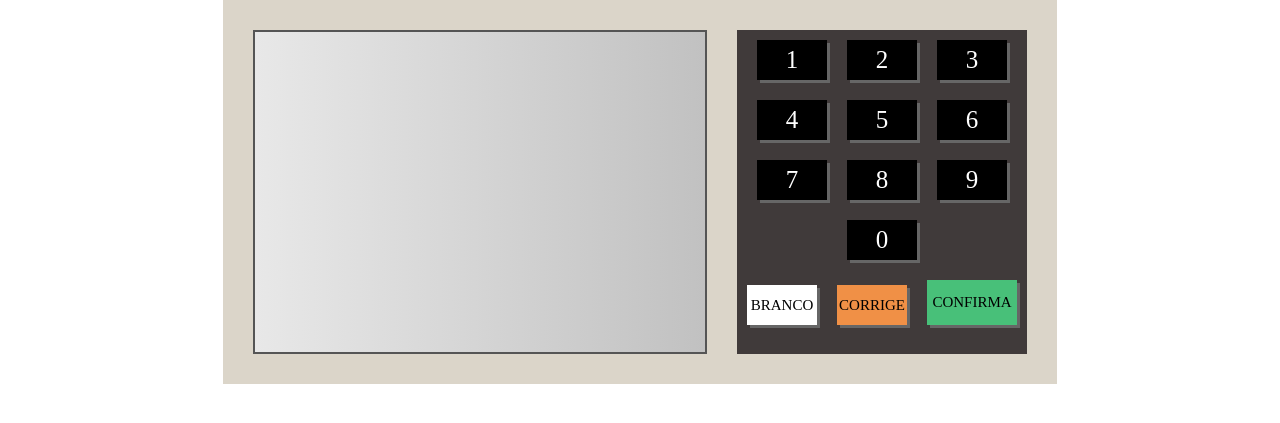
Repository: ThiagoIturra/urnaJs
Page: index.html
An editor plug-in stored every save of this project. The page is shown before and after the next save, followed by the edit.
The browser window is 1280 px wide. The pictures show the whole page.

Above is the page before, as saved 2022-01-05 16:24:01.

### index.html
<!DOCTYPE html>
<html lang="pt-BR">
<header>
    <meta charset="UTF-8" />
    <meta name="viewport" content="width=device-width, initial-scale=1.0">
    <link rel="stylesheet" href="style.css">
    <title>Urna Eletrônica</title>
</header>
<body>
    <div class="urna">
        <div class="screen">
            <div class="division"></div>
            <div class="division-2"></div>
        </div>
        <div class="keyboard">
            <div class="keyboard--line">
                <div class="keyboard--button">1</div>
                <div class="keyboard--button">2</div>
                <div class="keyboard--button">3</div>
            </div>
            <div class="keyboard--line">
                <div class="keyboard--button">4</div>
                <div class="keyboard--button">5</div>
                <div class="keyboard--button">6</div>
            </div>
            <div class="keyboard--line">
                <div class="keyboard--button">7</div>
                <div class="keyboard--button">8</div>
                <div class="keyboard--button">9</div>
            </div>
            <div class="keyboard--line">
                <div class="keyboard--button">0</div>
            </div>
            <div class="keyboard--line">
                <div class="keyboard--button button--branco">BRANCO</div>
                <div class="keyboard--button button--corrige">CORRIGE</div>
                <div class="keyboard--button button--confirma">CONFIRMA</div>
            </div>
        </div>
    </div>
</body>
</html>

### style.css
body {
    margin: 0;
    display: flex;
    justify-content: center;
    align-items: center;
}

.urna {
    background-color: #dbd5c9;
    padding: 30px;
    display: flex;
}

.screen {
    width: 450px;
    height: 320px;
    background: linear-gradient(to right, #e8e8e8, #c1c1c1);
    border: 2px solid #555;
}

.keyboard {
    background-color: #403A3A;
    margin-left: 30px;
}

.keyboard--line {
    display: flex;
    justify-content: center;
    align-items: flex-end;
}

.keyboard--button {
    width: 70px;
    height: 40px;
    background-color: #000;
    color: #fff;
    font-size: 25px;
    display: flex;
    justify-content: center;
    align-items: center;
    margin: 10px;
    cursor: pointer;
    box-shadow: 3px 3px 0px #666;
}

.button--branco {
    background-color: #fff;
    color: #000;
    font-size: 15px;
    cursor: pointer;
}

.button--corrige {
    background-color: #f09046;
    color: #000;
    font-size: 15px;
    cursor: pointer;
}

.button--confirma {
    background-color: #48c079;
    color: #000;
    font-size: 15px;
    cursor: pointer;
    width: 90px;
    height: 45px;
}

After the next save:
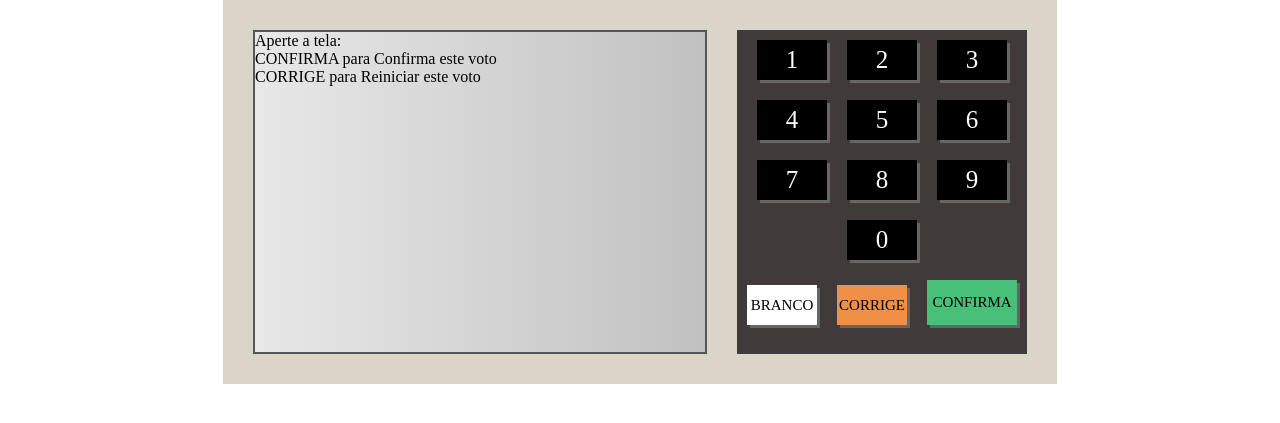
Saved 105 s later.
--- a/index.html
+++ b/index.html
@@ -10,7 +10,11 @@
     <div class="urna">
         <div class="screen">
             <div class="division"></div>
-            <div class="division-2"></div>
+            <div class="division-2">
+                Aperte a tela:<br/>
+                CONFIRMA para Confirma este voto<br/>
+                CORRIGE para Reiniciar este voto
+            </div>
         </div>
         <div class="keyboard">
             <div class="keyboard--line">
